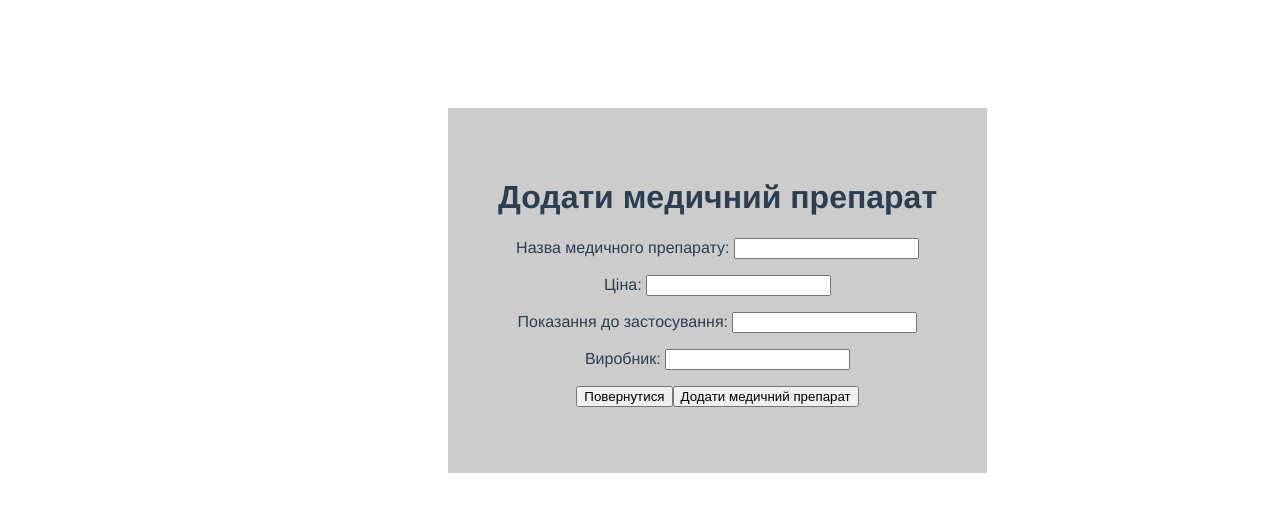
Repository: kristinap8/pharmacy
Page: /add_medicine
The author's editor kept a copy of each file at every save. The page is drawn from the files as they stood at one save, then again after the next save.
The browser window is 1280 px wide. The pictures show the whole page.
The project was rebuilt for these pictures with package versions that can differ from the ones it lists, and the page was loaded fresh each time. Also part of the build but not shown: src/components/EditMedicineForm/index.vue, src/pages/EditMedicine/index.vue, src/components/MedicinesList/MedicineCard/index.vue, src/components/MedicinesList/index.vue, src/pages/AllMedicines/index.vue, src/components/CartForm/index.vue, src/pages/Cart/index.vue.

Above is the page before, as saved 2020-12-09 23:42:56.

After the next save:
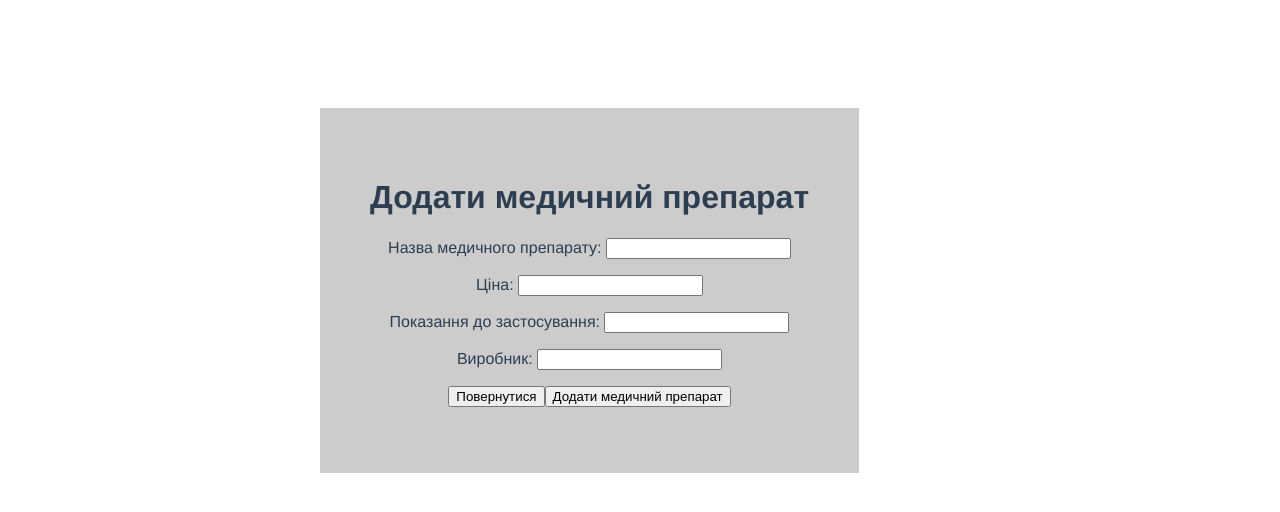
Saved 6 s later.
--- a/src/components/AddMedicineForm/index.vue
+++ b/src/components/AddMedicineForm/index.vue
@@ -69,7 +69,7 @@ import { mapActions } from 'vuex'
     padding: 50px;
     background: #ccc;
     position: fixed;
-    top: 15%; left: 35%;
+    top: 15%; left: 25%;
 
 }
 
